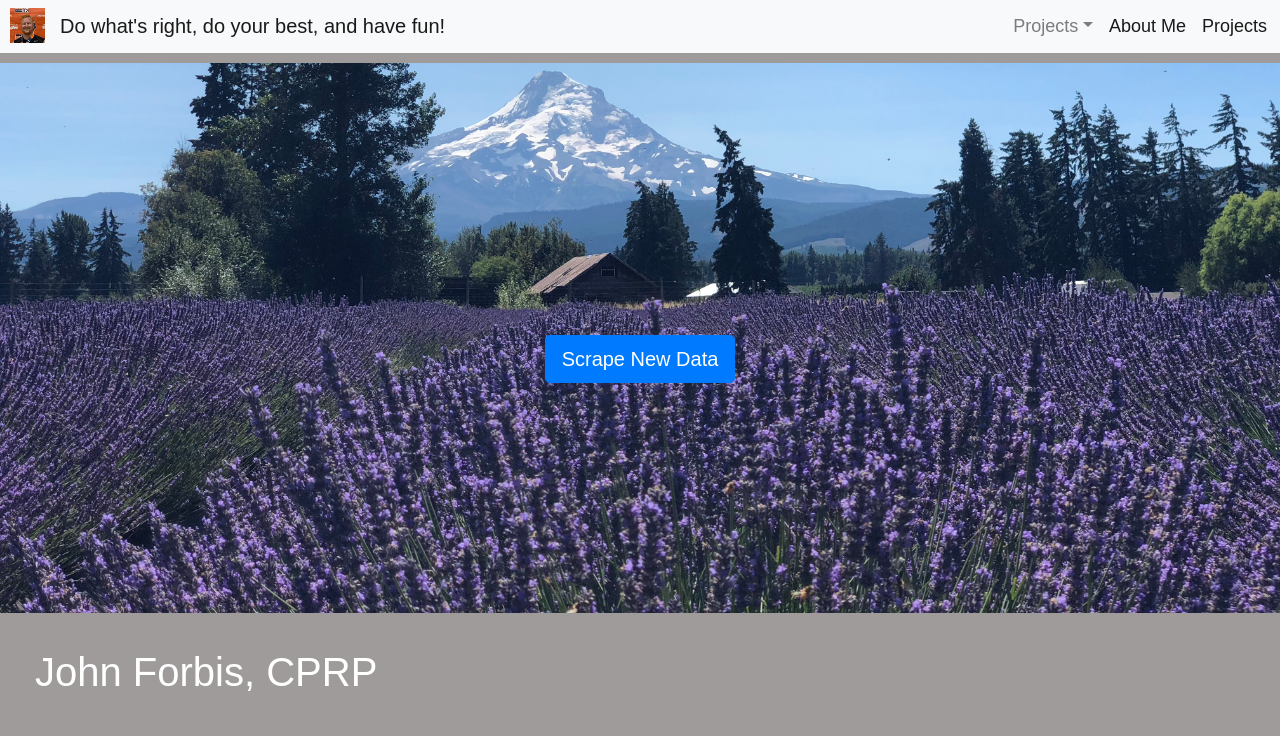
Repository: jforbis/john-forbis-data-analyst
Page: index.html
The author's editor kept a copy of each file at every save. The page is drawn from the files as they stood at one save, then again after the next save.
The browser window is 1280 px wide. The pictures show the part of the page from y = 0 to 736 px (the page is 1718 px tall before and 2385 px after).
A picture or video elsewhere on the page could not be fetched, so the positions and the page height are approximate. Backgrounds fixed to the window are drawn as part of the page.

Above is the page before, as saved 2021-03-17 22:41:46.

After the next save:
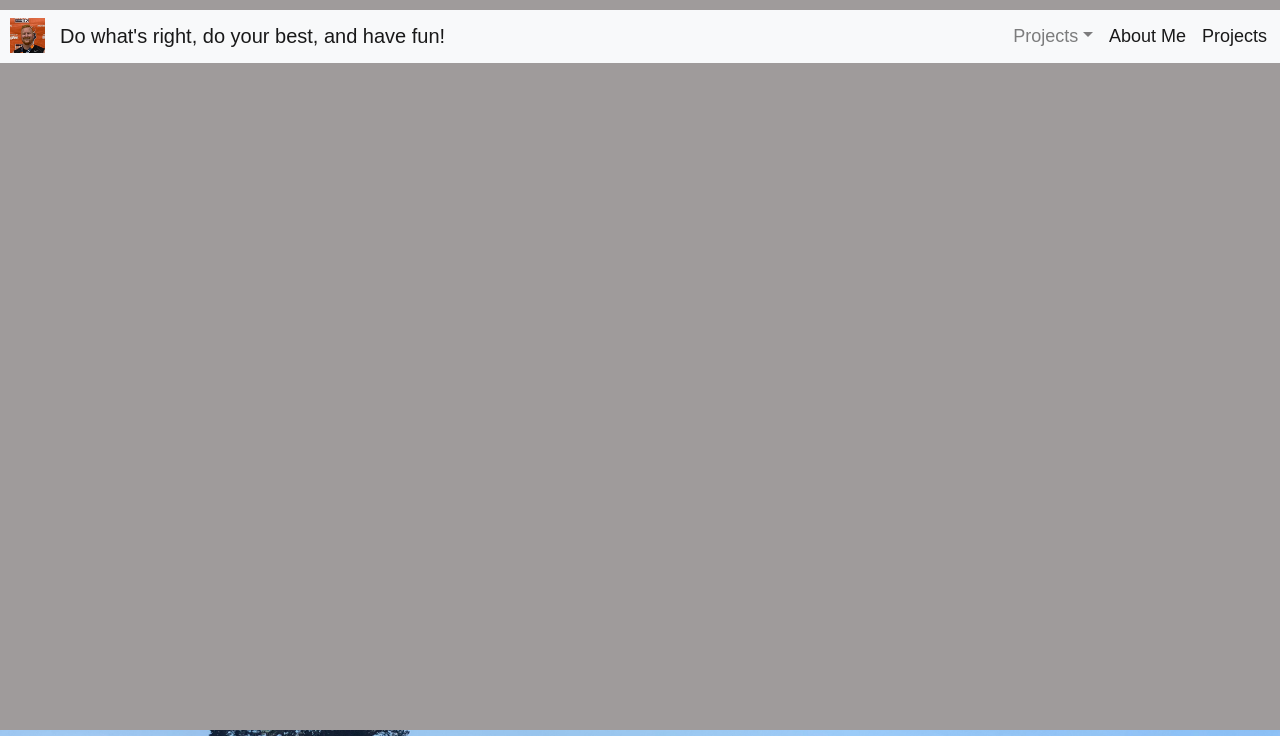
Saved 103 s later.
--- a/index.html
+++ b/index.html
@@ -11,6 +11,16 @@
 </head>
 
 <!--Top Nav Bar-->
+<div class="wrapper">
+    <nav class="navbar navbar-default">
+        <div class="container-fluid">
+        <div class="navbar-header">
+            <!-- <a class="navbar-brand" href="index.html">UFO Sightings
+            <img class="nav-ufo" src="resources/images/headshot.jpg">
+            </a> -->
+        </div>
+        </div>
+    </nav>
 <nav class="navbar-expand-lg navbar-light bg-light nav-color navbar nav">
     <a class="navbar-brand" href="about_me.html">
         <img class="headshot-sm" src="resources/images/headshot.jpg">
@@ -42,6 +52,7 @@
         </div>
     </div>
 </nav>
+</div>
 
 <div class="wrapper">
     <nav class="navbar navbar-default">

After the save that followed:
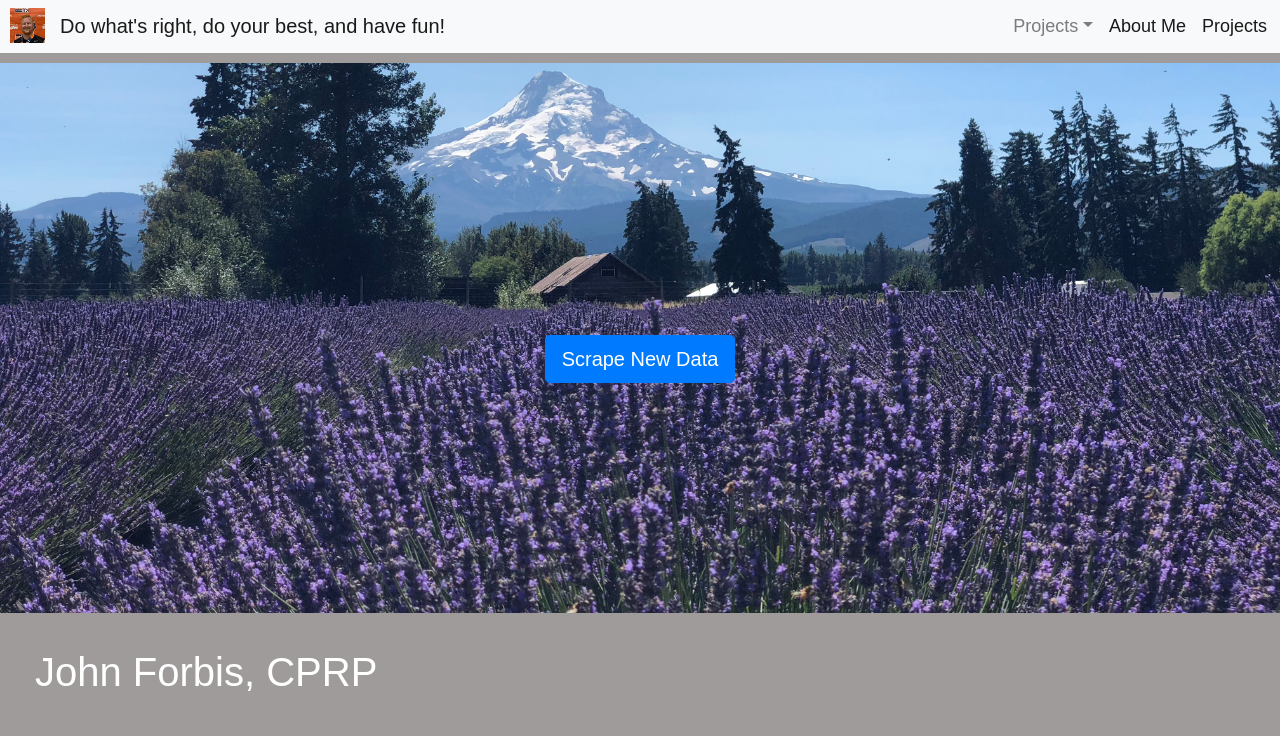
Saved 24 s later.
--- a/index.html
+++ b/index.html
@@ -11,16 +11,6 @@
 </head>
 
 <!--Top Nav Bar-->
-<div class="wrapper">
-    <nav class="navbar navbar-default">
-        <div class="container-fluid">
-        <div class="navbar-header">
-            <!-- <a class="navbar-brand" href="index.html">UFO Sightings
-            <img class="nav-ufo" src="resources/images/headshot.jpg">
-            </a> -->
-        </div>
-        </div>
-    </nav>
 <nav class="navbar-expand-lg navbar-light bg-light nav-color navbar nav">
     <a class="navbar-brand" href="about_me.html">
         <img class="headshot-sm" src="resources/images/headshot.jpg">
@@ -52,7 +42,6 @@
         </div>
     </div>
 </nav>
-</div>
 
 <div class="wrapper">
     <nav class="navbar navbar-default">
